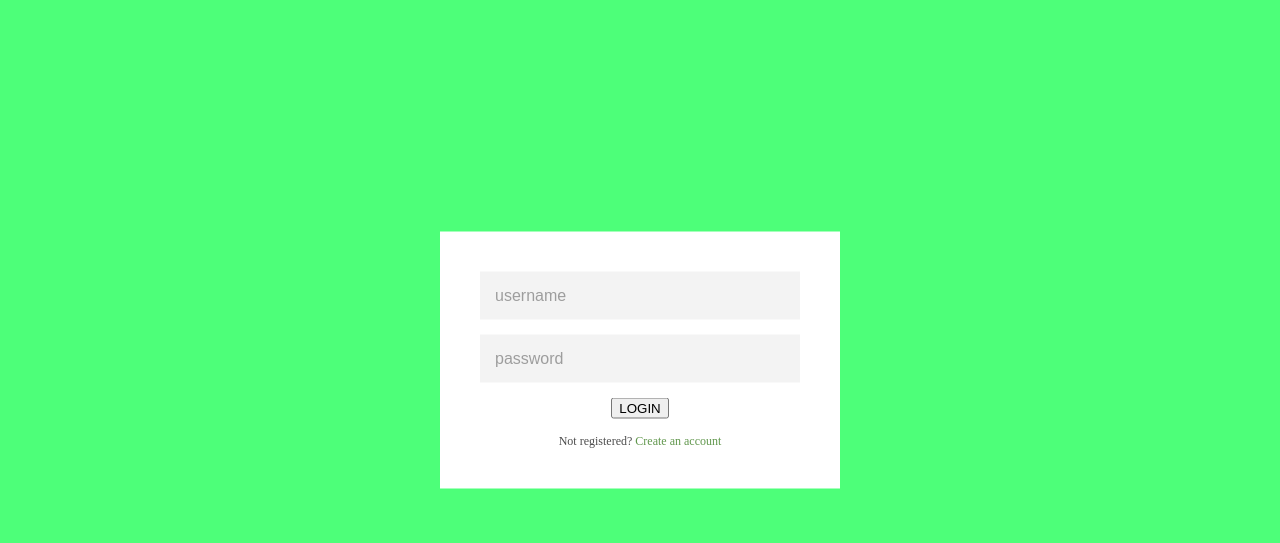
Repository: taka-sama/HTML-CSS-JS
Page: web00-lite/ex2/public_html/index.html
These files come from the project's save history. The page is drawn as it stood at one moment and after the next save; the edit follows.
The browser window is 1280 px wide. The pictures show the whole page.
The style sheet was rebuilt from its Sass, Less or Tailwind sources for each picture, by a compiler version that may differ from the author's.

Above is the page before, as saved 2022-01-04 18:35:18.

After the next save:
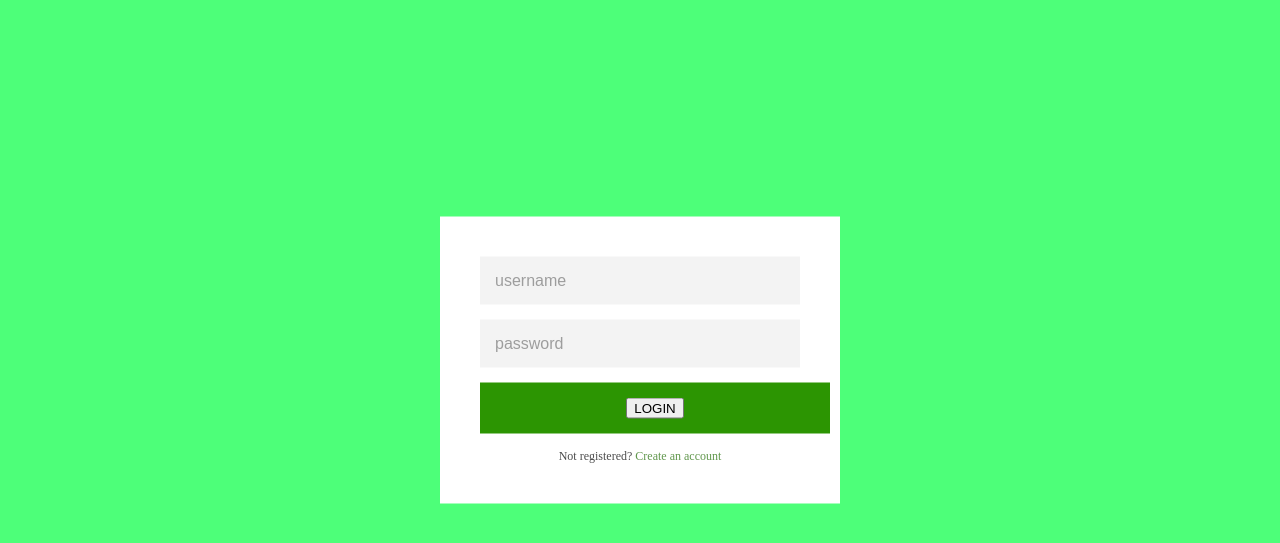
Saved 6 s later.
--- a/web00-lite/ex2/public_html/style.scss
+++ b/web00-lite/ex2/public_html/style.scss
@@ -36,7 +36,7 @@
     &:not(:first-child) {
       margin-top:  15px;
     }
-    &:nth-child(3) a {
+    &:nth-child(3)  {
       padding: 15px;
       background-color: rgb(44, 149, 2);
       color: white;
